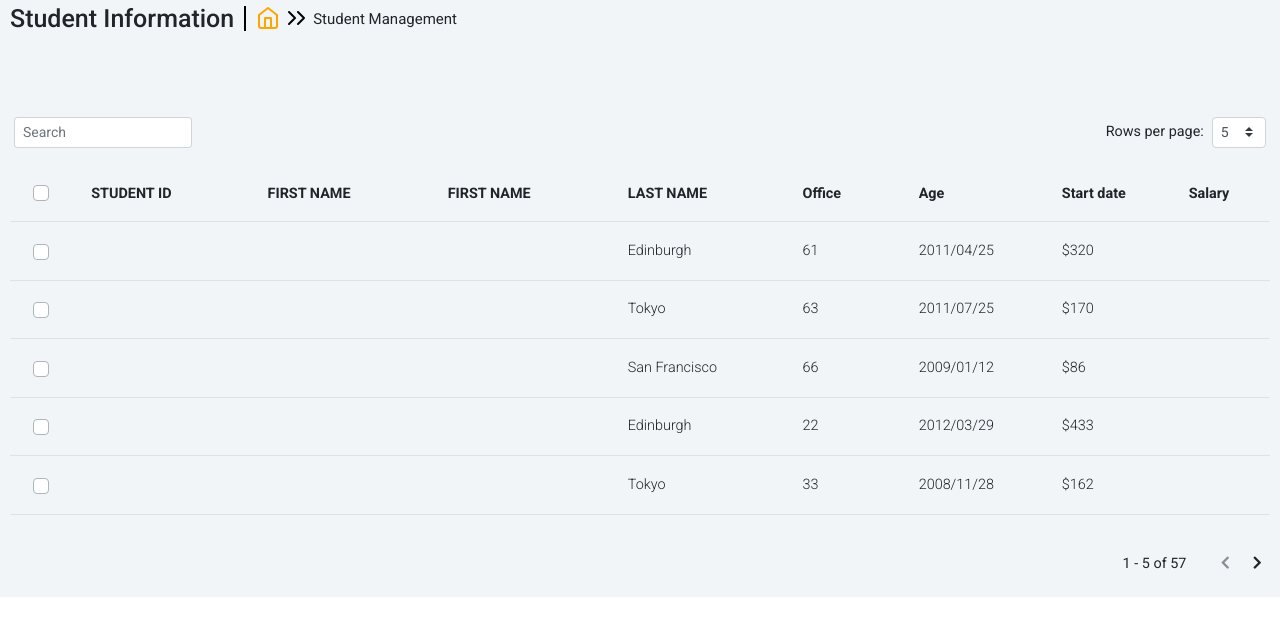
Repository: deepakrajput1998/hestabit_assignment
Page: /
The author's editor kept a copy of each file at every save. The page is drawn from the files as they stood at one save, then again after the next save.
The browser window is 1280 px wide. The page is 1285 px wide, so the pictures cover 1285 px, including what lies to the right of the window. The pictures show the whole page.
The project was rebuilt for these pictures with package versions that can differ from the ones it lists, and the page was loaded fresh each time.

Above is the page before, as saved 2021-07-25 03:26:28.

### src/index.js
import React from 'react';
import ReactDOM from 'react-dom';
import './index.css';
import App from './App';
import reportWebVitals from './reportWebVitals';
import "@fortawesome/fontawesome-free/css/all.min.css";
import "bootstrap-css-only/css/bootstrap.min.css";
import "mdbreact/dist/css/mdb.css";
ReactDOM.render(
  <React.StrictMode>
    <App />
  </React.StrictMode>,
  document.getElementById('root')
);

// If you want to start measuring performance in your app, pass a function
// to log results (for example: reportWebVitals(console.log))
// or send to an analytics endpoint. Learn more: https://bit.ly/CRA-vitals
reportWebVitals();

### src/Pages/StudentListing/StudentListing.js
import React from 'react'
import classes from "./StudentListing.module.css";
import {Home ,ChevronRight} from 'react-feather'
import DataTable from '../../Component/Common/DataTable/DataTable';
const StudentListing = () => {
    return (
      <div>
        <div className={classes.StudentListing_header} >
          <span className={classes.StudentListing_title}>
            Student Information
          </span>
          <div className={classes.StudentListing_seprator}></div>
          <span style={{ marginTop: "5px" }}>
            {" "}
            <Home color="orange" />
          </span>
          <span style={{ marginTop: "5px" }}>
            {" "}
            <ChevronRight color="black" />
            <ChevronRight style={{ marginLeft: "-15px" }} color="black" />
          </span>
          <span className={classes.StudentListing_title2}>
            Student Management
          </span>
        </div>
        <div className="">
          <DataTable/>
        </div>
      </div>
    );
}

export default StudentListing

### src/Pages/StudentListing/StudentListing.module.css
.StudentListing_title{
    font-size: 25px;
    font-weight: 500;
}
.StudentListing_title2{
    font-size: 15px;
    font-weight: 400;
     margin-block: auto;
}
.StudentListing_seprator{
    height: 25px;
    width:2px;
    background-color: black;
    margin-block: auto;
    margin-inline: 10px;
}
.StudentListing_header{
    display: flex;
    margin-bottom: 5%;
}

### src/Component/Common/DataTable/DataTable.js
import React from "react";
import { MDBDataTableV5 } from "mdbreact";

export default function DataTable() {
  const [datatable, setDatatable] = React.useState({
    columns: [
      {
        label: "STUDENT ID",
        field: "sid",
        width: 150,
        attributes: {
          "aria-controls": "DataTable",
          "aria-label": "Name",
        },
      },
      {
        label: "FIRST NAME",
        field: "fname",
        width: 270,
      },
      {
        label: "LAST NAME",
        field: "fname",
        width: 270,
      },
      {
        label: "Office",
        field: "office",
        width: 200,
      },
      {
        label: "Age",
        field: "age",
        sort: "asc",
        width: 100,
      },
      {
        label: "Start date",
        field: "date",
        sort: "disabled",
        width: 150,
      },
      {
        label: "Salary",
        field: "salary",
        sort: "disabled",
        width: 100,
      },
    ],
    rows: [
      {
        name: "Tiger Nixon",
        position: "System Architect",
        office: "Edinburgh",
        age: "61",
        date: "2011/04/25",
        salary: "$320",
      },
      {
        name: "Garrett Winters",
        position: "Accountant",
        office: "Tokyo",
        age: "63",
        date: "2011/07/25",
        salary: "$170",
      },
      {
        name: "Ashton Cox",
        position: "Junior Technical Author",
        office: "San Francisco",
        age: "66",
        date: "2009/01/12",
        salary: "$86",
      },
      {
        name: "Cedric Kelly",
        position: "Senior Javascript Developer",
        office: "Edinburgh",
        age: "22",
        date: "2012/03/29",
        salary: "$433",
      },
      {
        name: "Airi Satou",
        position: "Accountant",
        office: "Tokyo",
        age: "33",
        date: "2008/11/28",
        salary: "$162",
      },
      {
        name: "Brielle Williamson",
        position: "Integration Specialist",
        office: "New York",
        age: "61",
        date: "2012/12/02",
        salary: "$372",
      },
      {
        name: "Herrod Chandler",
        position: "Sales Assistant",
        office: "San Francisco",
        age: "59",
        date: "2012/08/06",
        salary: "$137",
      },
      {
        name: "Rhona Davidson",
        position: "Integration Specialist",
        office: "Tokyo",
        age: "55",
        date: "2010/10/14",
        salary: "$327",
      },
      {
        name: "Colleen Hurst",
        position: "Javascript Developer",
        office: "San Francisco",
        age: "39",
        date: "2009/09/15",
        salary: "$205",
      },
      {
        name: "Sonya Frost",
        position: "Software Engineer",
        office: "Edinburgh",
        age: "23",
        date: "2008/12/13",
        salary: "$103",
      },
      {
        name: "Jena Gaines",
        position: "Office Manager",
        office: "London",
        age: "30",
        date: "2008/12/19",
        salary: "$90",
      },
      {
        name: "Quinn Flynn",
        position: "Support Lead",
        office: "Edinburgh",
        age: "22",
        date: "2013/03/03",
        salary: "$342",
      },
      {
        name: "Charde Marshall",
        position: "Regional Director",
        office: "San Francisco",
        age: "36",
        date: "2008/10/16",
        salary: "$470",
      },
      {
        name: "Haley Kennedy",
        position: "Senior Marketing Designer",
        office: "London",
        age: "43",
        date: "2012/12/18",
        salary: "$313",
      },
      {
        name: "Tatyana Fitzpatrick",
        position: "Regional Director",
        office: "London",
        age: "19",
        date: "2010/03/17",
        salary: "$385",
      },
      {
        name: "Michael Silva",
        position: "Marketing Designer",
        office: "London",
        age: "66",
        date: "2012/11/27",
        salary: "$198",
      },
      {
        name: "Paul Byrd",
        position: "Chief Financial Officer (CFO)",
        office: "New York",
        age: "64",
        date: "2010/06/09",
        salary: "$725",
      },
      {
        name: "Gloria Little",
        position: "Systems Administrator",
        office: "New York",
        age: "59",
        date: "2009/04/10",
        salary: "$237",
      },
      {
        name: "Bradley Greer",
        position: "Software Engineer",
        office: "London",
        age: "41",
        date: "2012/10/13",
        salary: "$132",
      },
      {
        name: "Dai Rios",
        position: "Personnel Lead",
        office: "Edinburgh",
        age: "35",
        date: "2012/09/26",
        salary: "$217",
      },
      {
        name: "Jenette Caldwell",
        position: "Development Lead",
        office: "New York",
        age: "30",
        date: "2011/09/03",
        salary: "$345",
      },
      {
        name: "Yuri Berry",
        position: "Chief Marketing Officer (CMO)",
        office: "New York",
        age: "40",
        date: "2009/06/25",
        salary: "$675",
      },
      {
        name: "Caesar Vance",
        position: "Pre-Sales Support",
        office: "New York",
        age: "21",
        date: "2011/12/12",
        salary: "$106",
      },
      {
        name: "Doris Wilder",
        position: "Sales Assistant",
        office: "Sidney",
        age: "23",
        date: "2010/09/20",
        salary: "$85",
      },
      {
        name: "Angelica Ramos",
        position: "Chief Executive Officer (CEO)",
        office: "London",
        age: "47",
        date: "2009/10/09",
        salary: "$1",
      },
      {
        name: "Gavin Joyce",
        position: "Developer",
        office: "Edinburgh",
        age: "42",
        date: "2010/12/22",
        salary: "$92",
      },
      {
        name: "Jennifer Chang",
        position: "Regional Director",
        office: "Singapore",
        age: "28",
        date: "2010/11/14",
        salary: "$357",
      },
      {
        name: "Brenden Wagner",
        position: "Software Engineer",
        office: "San Francisco",
        age: "28",
        date: "2011/06/07",
        salary: "$206",
      },
      {
        name: "Fiona Green",
        position: "Chief Operating Officer (COO)",
        office: "San Francisco",
        age: "48",
        date: "2010/03/11",
        salary: "$850",
      },
      {
        name: "Shou Itou",
        position: "Regional Marketing",
        office: "Tokyo",
        age: "20",
        date: "2011/08/14",
        salary: "$163",
      },
      {
        name: "Michelle House",
        position: "Integration Specialist",
        office: "Sidney",
        age: "37",
        date: "2011/06/02",
        salary: "$95",
      },
      {
        name: "Suki Burks",
        position: "Developer",
        office: "London",
        age: "53",
        date: "2009/10/22",
        salary: "$114",
      },
      {
        name: "Prescott Bartlett",
        position: "Technical Author",
        office: "London",
        age: "27",
        date: "2011/05/07",
        salary: "$145",
      },
      {
        name: "Gavin Cortez",
        position: "Team Leader",
        office: "San Francisco",
        age: "22",
        date: "2008/10/26",
        salary: "$235",
      },
      {
        name: "Martena Mccray",
        position: "Post-Sales support",
        office: "Edinburgh",
        age: "46",
        date: "2011/03/09",
        salary: "$324",
      },
      {
        name: "Unity Butler",
        position: "Marketing Designer",
        office: "San Francisco",
        age: "47",
        date: "2009/12/09",
        salary: "$85",
      },
      {
        name: "Howard Hatfield",
        position: "Office Manager",
        office: "San Francisco",
        age: "51",
        date: "2008/12/16",
        salary: "$164",
      },
      {
        name: "Hope Fuentes",
        position: "Secretary",
        office: "San Francisco",
        age: "41",
        date: "2010/02/12",
        salary: "$109",
      },
      {
        name: "Vivian Harrell",
        position: "Financial Controller",
        office: "San Francisco",
        age: "62",
        date: "2009/02/14",
        salary: "$452",
      },
      {
        name: "Timothy Mooney",
        position: "Office Manager",
        office: "London",
        age: "37",
        date: "2008/12/11",
        salary: "$136",
      },
      {
        name: "Jackson Bradshaw",
        position: "Director",
        office: "New York",
        age: "65",
        date: "2008/09/26",
        salary: "$645",
      },
      {
        name: "Olivia Liang",
        position: "Support Engineer",
        office: "Singapore",
        age: "64",
        date: "2011/02/03",
        salary: "$234",
      },
      {
        name: "Bruno Nash",
        position: "Software Engineer",
        office: "London",
        age: "38",
        date: "2011/05/03",
        salary: "$163",
      },
      {
        name: "Sakura Yamamoto",
        position: "Support Engineer",
        office: "Tokyo",
        age: "37",
        date: "2009/08/19",
        salary: "$139",
      },
      {
        name: "Thor Walton",
        position: "Developer",
        office: "New York",
        age: "61",
        date: "2013/08/11",
        salary: "$98",
      },
      {
        name: "Finn Camacho",
        position: "Support Engineer",
        office: "San Francisco",
        age: "47",
        date: "2009/07/07",
        salary: "$87",
      },
      {
        name: "Serge Baldwin",
        position: "Data Coordinator",
        office: "Singapore",
        age: "64",
        date: "2012/04/09",
        salary: "$138",
      },
      {
        name: "Zenaida Frank",
        position: "Software Engineer",
        office: "New York",
        age: "63",
        date: "2010/01/04",
        salary: "$125",
      },
      {
        name: "Zorita Serrano",
        position: "Software Engineer",
        office: "San Francisco",
        age: "56",
        date: "2012/06/01",
        salary: "$115",
      },
      {
        name: "Jennifer Acosta",
        position: "Junior Javascript Developer",
        office: "Edinburgh",
        age: "43",
        date: "2013/02/01",
        salary: "$75",
      },
      {
        name: "Cara Stevens",
        position: "Sales Assistant",
        office: "New York",
        age: "46",
        date: "2011/12/06",
        salary: "$145",
      },
      {
        name: "Hermione Butler",
        position: "Regional Director",
        office: "London",
        age: "47",
        date: "2011/03/21",
        salary: "$356",
      },
      {
        name: "Lael Greer",
        position: "Systems Administrator",
        office: "London",
        age: "21",
        date: "2009/02/27",
        salary: "$103",
      },
      {
        name: "Jonas Alexander",
        position: "Developer",
        office: "San Francisco",
        age: "30",
        date: "2010/07/14",
        salary: "$86",
      },
      {
        name: "Shad Decker",
        position: "Regional Director",
        office: "Edinburgh",
        age: "51",
        date: "2008/11/13",
        salary: "$183",
      },
      {
        name: "Michael Bruce",
        position: "Javascript Developer",
        office: "Singapore",
        age: "29",
        date: "2011/06/27",
        salary: "$183",
      },
      {
        name: "Donna Snider",
        position: "Customer Support",
        office: "New York",
        age: "27",
        date: "2011/01/25",
        salary: "$112",
      },
    ],
  });
  const [checkbox1, setCheckbox1] = React.useState("");

  const showLogs2 = (e) => {
    setCheckbox1(e);
  };

  return (
    <>
      <MDBDataTableV5
        hover
        entriesOptions={[5, 20, 25]}
        entries={5}
        pagesAmount={4}
        data={datatable}
        checkbox
        headCheckboxID="id41"
        bodyCheckboxID="checkboxes41"
        getValueCheckboxes={(e) => {
          showLogs2(e);
        }}
        getValueAllCheckBoxes={(e) => {
          showLogs2(e);
        }}
        multipleCheckboxes
        filledCheckboxes
        pagingTop
        searchTop
        searchBottom={false}

      />
    </>
  );
}

Loaded but not shown: public/index.html (common file); src/index.css (common file); src/App.js (common file); src/reportWebVitals.js (common file); src/App.css (common file)

After the next save:
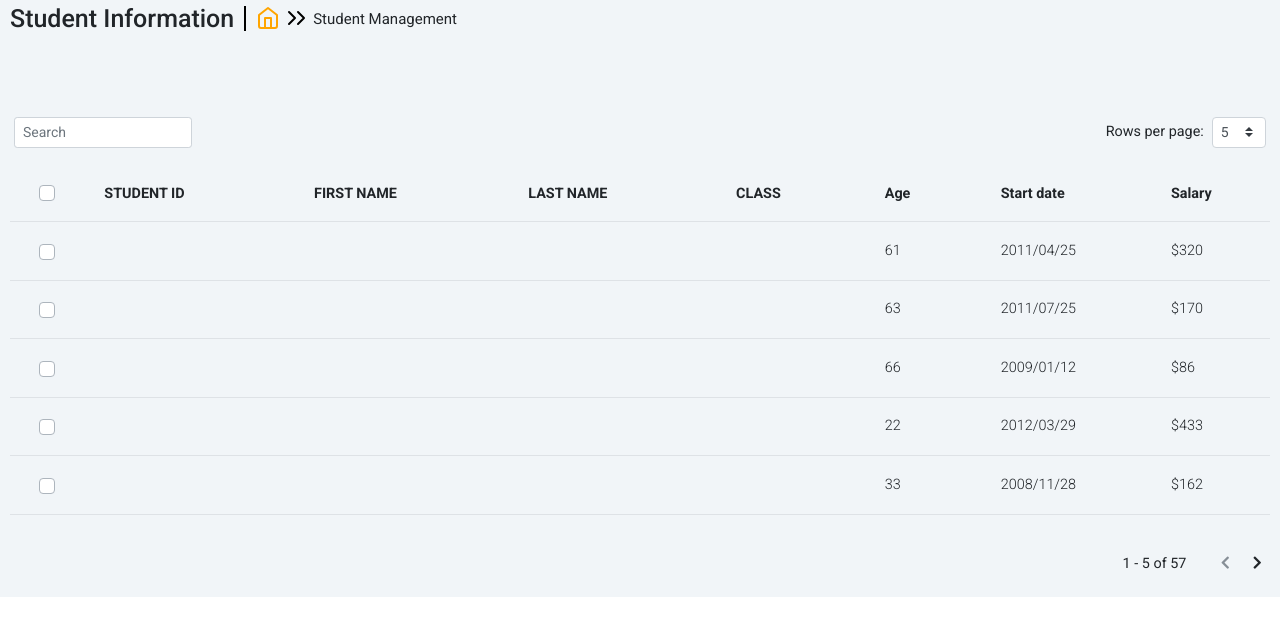
Saved 2 min 30 s later.
--- a/src/Component/Common/DataTable/DataTable.js
+++ b/src/Component/Common/DataTable/DataTable.js
@@ -20,12 +20,12 @@ export default function DataTable() {
       },
       {
         label: "LAST NAME",
-        field: "fname",
+        field: "lname",
         width: 270,
       },
       {
-        label: "Office",
-        field: "office",
+        label: "CLASS",
+        field: "cLASS",
         width: 200,
       },
       {
